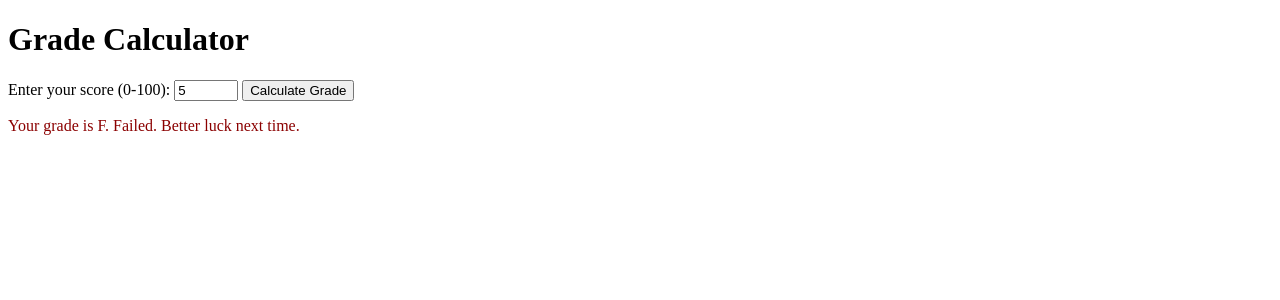
Repository: Rahim-Ullah/hexoforge-bootcamp
Page: phase-2-js-basic/grade-calculator.html
These files come from the project's save history. The page is drawn as it stood at one moment and after the next save; the edit follows.
The browser window is 1280 px wide. The pictures show the whole page.
Empty fields were first filled with sample values (such as "Sample", 5 or name@example.com).
After loading, the first visible `#gradeForm` was submitted once.

Above is the page before, as saved 2025-09-06 12:54:15.

After the next save:
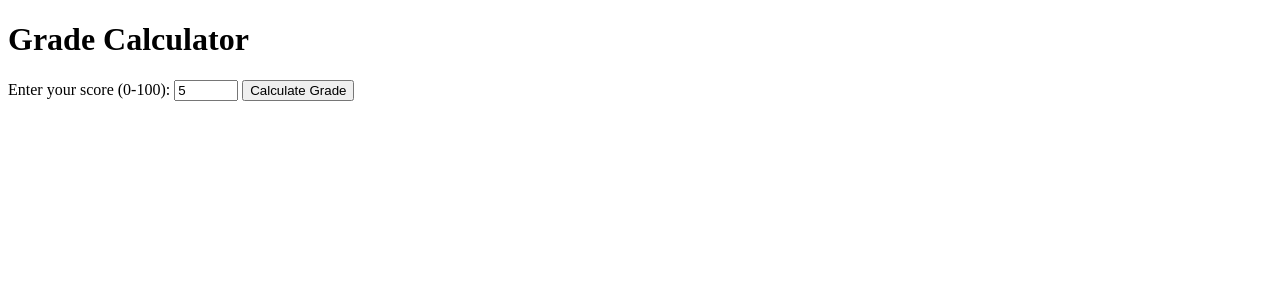
Console error: TypeError: Cannot read properties of null (reading 'value')
Saved 5 s later.
--- a/phase-2-js-basic/grade-calculator.html
+++ b/phase-2-js-basic/grade-calculator.html
@@ -20,7 +20,13 @@
         //create a grade calculator that take multiple test scores[array of inputs like we have 6 papers so six input that way] and return the average, highest and lowest grade with showing success message, failure message and warning message, with showing their respective colors and returned grades
         document.getElementById('gradeForm').addEventListener('submit', function (event) {
             event.preventDefault();
-            const score = parseFloat(document.getElementById('score').value);
+            const scores = [];
+            for (let i = 1; i <= 6; i++) {
+                const score = parseFloat(document.getElementById(`score${i}`).value);
+                if (!isNaN(score)) {
+                    scores.push(score);
+                }
+            }
             const result = document.getElementById('result');
             let grade;
             let message;
